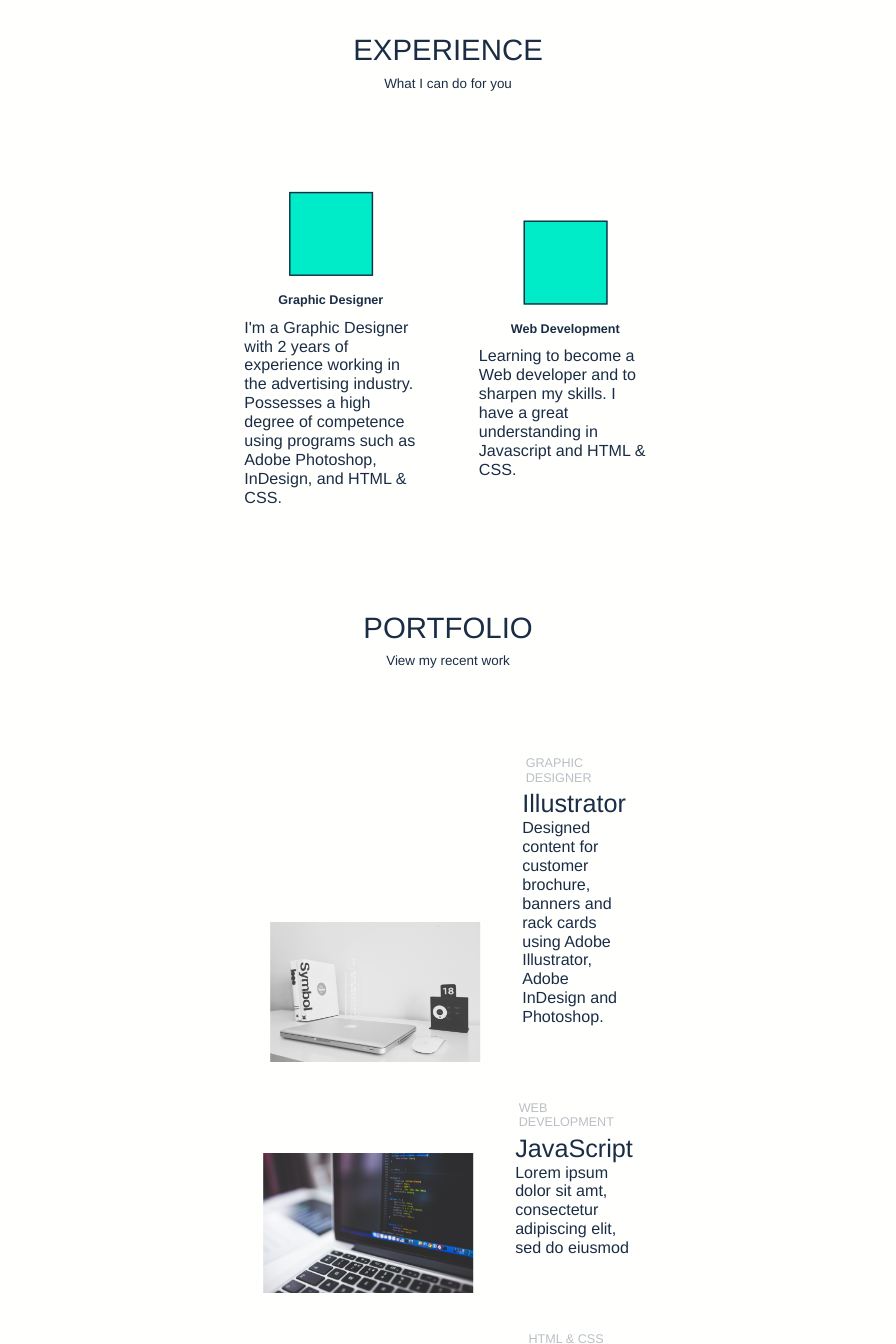
Repository: jb150524/JB-Portfolio
Page: index.html
These files come from the project's save history. The page is drawn as it stood at one moment and after the next save; the edit follows.
The browser window is 1280 px wide. The pictures show the part of the page from y = 1303 to 3223 px (the page is 4277 px tall before and 4178 px after), at 70% of full size.
Some icons come from a web library that is not loaded, so they are not drawn.

Above is the page before, as saved 2021-07-24 19:46:19.

### index.html
<!DOCTYPE html>
<!-- saved from url=(0053)file:///Users/jja/FullStack_HW/juanwebsite/index.html -->

    <html lang="en"><head><meta http-equiv="Content-Type" content="text/html; charset=UTF-8">

    <meta http-equiv="X-UA-Compatible" content="IE=edge">
    <meta name="viewport" content="width=device-width, initial-scale=1.0">

    <!-- CSS style sheet -->
    <link rel="stylesheet" href="style.css">



    <title>Juan's Portfolio</title>
    </head>

    <body>
    <header>
      <nav class="top-nav">
       <ul class="nav-list">
       <li>
       <a href="file:///Users/jja/FullStack_HW/juanwebsite/index.html">Home</a>
       <a href="file:///Users/jja/FullStack_HW/juanwebsite/index.html#about">About</a>
       <a href="file:///Users/jja/FullStack_HW/juanwebsite/index.html#portfolio">Portfolio</a>
       <a href="file:///Users/jja/FullStack_HW/juanwebsite/index.html#resume">Resume</a>
       <a href="file:///Users/jja/FullStack_HW/juanwebsite/index.html#contact">Contact</a>
       </li>
      </ul>
      </nav>

    <div class="main">
      <div class="landing-text">
        <h1>JuanByrne</h1>
        <h6>Graphic Designer and Web Developer</h6>
      </div>
    </div>
    </header>

    <section class="about" id="about">
      <div class="container">
        <a class="about-details">
        <div class="about-heading">
        <h1>About</h1>
        <h6>Myself</h6>
      </div>
        <p>
        I'm a Graphic Designer trying to become a full stack developer. I am from Guadalajara, Mexico. I was born in Mexico, but at a young age I moved to the USA. One of my favorite hobbies is playing competative soccer. Playing soccer has taught me perseverance, how to be a team player, and most importantly how to lose. I currently live in Wayne, Pennsylvania, but have previously lived in Guadalajara, Mexico and Orange County, California. I want to become a web developer because I want to learn a skill that motivates me and pushes me to try new things. I am excited about web developing and want a career that gives me a spark, like I get when I play soccer, with competitiveness, passion, and the belief that I can succeed.
        </p>
        </a>
        </div>
        </section>
        <a class="about-details">
          <section class="experience" id="experience">
            <div class="container">
                <div class="section-heading">
                <h1>Experience</h1>
                <h6>What I can do for you</h6>
            </div>
        <div class="my-skills">
          <div class="skills"="">
           <div class="icon-container">
            <i class="fas fa-code"></i>
          </div>
          <h1>Graphic Designer</h1>
            <p>
            I'm a Graphic Designer with 2 years of experience working in the advertising industry. Possesses a high degree of competence using programs such as Adobe Photoshop, InDesign, and HTML & CSS.
            </p>
        </div>

        <div class="skills">
          <div class="icon-container">
          <i class="fas fa.codse"></i>
          </div>
          <h1>Web Development</h1>
          <p>
          Learning to become a Web developer and to sharpen my skills. I have a great understanding in Javascript and HTML & CSS.
          </p>
        </div>
        </div>
        </div>
        </section>
        </a>
        <section class="portfolio" id="portfolio"><a class="about-details">
          </a>
          <div class="container"><a class="about-details">
          <div class="section-heading">
           <h1>Portfolio</h1>
           <h6>View my recent work</h6>
        </div>
          </a>
          <div class="portfolio-item"><a class="about-details">
          <div class="portfolio-img has-margin-right">
            <img src="images/desk.jpg" alt="">
          </div>
            </a><div class="portfolio-description"><a class="about-details">
              <h6>Graphic Designer</h6>
              <h1>Illustrator</h1>
              <p>
              Designed content for customer brochure, banners and rack cards using Adobe Illustrator, Adobe InDesign and Photoshop.
              </p>
            </a><a href="file:///Users/jja/FullStack_HW/juanwebsite/index.html#" class="cta"> View Details</a>
        </div>
        </div>
        <div>
        <div class="portfolio-item">
          <div class="portfolio-img has-margin-right">
            <img src="images/laptop.jpg" alt="">
            </div>
            <div class="portfolio-description">
            <h6>Web Development</h6>
            <h1>JavaScript</h1>
            <p>
            Lorem ipsum dolor sit amt, consectetur adipiscing elit, sed do eiusmod
            </p>
            <a href="file:///Users/jja/FullStack_HW/juanwebsite/index.html#" class="cta"> View Details</a>
            </div>
        </div>
        <div>
          <div class="portfolio-item">
            <div class="portfolio-img has-margin-right">
            <img src="images/notebook.jpg" alt="">
            </div>
            <div class="portfolio-description">
            <h6>HTML & CSS</h6>
            <h1>Website</h1>
            <p>
            Lorem ipsum dolor sit amt, consectetur adipiscing elit, sed do eiusmod
            </p>
            <a href="file:///Users/jja/FullStack_HW/juanwebsite/index.html#" class="cta"> View Details</a>
            </div>
            </div>
            </div>
          </div>
        </div>
        </section>

    <section class="resume" id="resume">
      <div class="container">
        <div class="section-heading">
        <h1>Resume</h1>
        <h6>brief details</h6>
      </div>

    <section class="contact" id="contact">
        <div class="container">
          <div class="section-heading">
          <h1>Contact Me</h1>
          <ul>
          <li>
          <h6>Let's work together</h6>
          <a href="file:///Users/jja/FullStack_HW/juanwebsite/www.linkedin.com/in/juan-byrne-43869ab7">LinkedIn</a>
          <a href="https://github.com/jb150524">Github</a>
          <a href="file:///Users/jja/FullStack_HW/juanwebsite/juan1505@gmail.com">Gmail</a>
          </li>
          </ul>
        </div>
       </div>
    </section>

    <footer class="copyright">
      <div class="up" id="up">
       <i class="fas fa-chevron-up"></i>
      </div>
      <p>© 2021 Juan Byrne</p>
    </footer>
  </div>
  </section>

   <!-- adding icons -->
   <script src="https://fontawesome.com/v5.15/icons/code?style=solid" crossorigin="anonymous"></script>

</body>
</html

### style.css
/* Start global*/

* {
    margin: 0;
    padding: 0;
    box-sizing: border-box;
}

html {
    font-size: 12px;
    font-family: Helvetica, sans-serif;
    /* color: rgb(255, 255, 255); */
}

body {
    width: 100%;
    height: 100%;
    background-color: #fffffe;
    background-size: cover;
}

section {
    padding: 60px 0;
}

h6 {
    color: #1b2d45;
    margin: 5px;
}

a {
    text-decoration: none;
    color: #1b2d45;
}

p {
   font-size: 23px;
   font-weight: 300;
   color: #1b2d45;
}



img {
    max-width: 100%;
    height: auto;
}

.main {
    padding: 16px;
    margin-top: 30px;
    height: 1500px; /* Used in this example to enable scrolling */
  }

/* Start reusable*/

.container {
    width: 50%;
    max-width: 120rem;
    height: 100%;
    margin: 0 auto;
    position: relative;
}

.container-details p {
    font-size: 200px;
    padding: 35px;
}

.section-heading {
    text-align: center;
    margin-bottom: 10rem;
}

.section-heading h1 {
    font-family: major mono display, Helvetica, sans-serif;
    font-size: 3.5rem;
    color: #1b2d45;
    text-transform: uppercase;
    font-weight: 300;
    position: relative;
    margin-bottom: 1rem;
}

.section-heading h1::before,
.section-heading h1::after {
    content: "";
    position: absolute;
    bottom: -.5rem;
    left: 50%;
    transform: translateX(-59%);
    background: color #fff8e8;
}

.section-heading h1::before {
    width: 10rem;
    height: 3px;
    border-radius: .8rem;
}

.section-heading h1::after {
    height: 1.5rem;
    border-radius: .100%;
    bottom: 1rem;
}

.section-heading h6 {
    font-size: 1.6rem;
    font-weight: 300;
    margin-bottom: 50px;
}

.has-margin-right {
    margin-right: 5rem;
}
/* End reusable*/

/* Start header*/
header {
    width: 100%;
    height: 100vh;
}

.nav-list {
    z-index: 2;
    top: 0;
    background:#00ebc7;
    overflow: hidden;
    font-size: 35px;
    font-family: major mono display;
    margin: 0;
    padding: 20px;
    position: fixed;
    list-style: none;
    width: 100%;
    display: flex;
    justify-content: center;
    align-items: flex-start;
    text-decoration: none;
}

li {
    margin: 0;
    list-style: none;
}

.nav-link {
    font-family: Arial, Helvetica, sans-serif;
    font-size: 15px;
    padding: 5px;
}

.nav-link:hover,
.nav-ink:focus {
    background: linear-gradient(to top, #5725b3, #9e91e9 );
    -webkit-background-clip: text;
    -webkit-text-fill-color: transparent;

}

.landing-text{
    position: absolute;
    top: 50%;
    left: 50%;
    transform: translate(-50%, -50%);
    width: 100%;
    text-align: center;
    z-index: 1;
}

.landing-text h1 {
    font-size: 150px;
    font-family: major mono display, Helvetica, sans-serif, Helvetica, sans-serif;
    background: linear-gradient(to top, #110202, #000000 );
    -webkit-background-clip: text;
    -webkit-text-fill-color: transparent;
    padding: 1rem;
    user-select: none;

}

.landing-text h6 {
    font-size: 2rem;
    font-weight: 300;
}
/* End header*/

.about .container {
    display: flex;
    align-items: center;
    justify-content: center;
}

.about-heading {
    text-align: center;
    text-transform: uppercase;
    line-height: 10px;
    margin-bottom: 6rem;
}

.about-heading h1 {
    font-size: 10rem;
    opacity: .3;
    font-family: major mono display;
}

.about-heading h6 {
    font-size: 2rem;
    font-weight: 300;
}

.about-container p {
   font-size: 50px;
}

.profile-img {
    max-width: 100%;
    display: inline-block;
}

/* Start services*/

.my-skills {
    margin-top: 10rem;
    display: grid;
    grid-template-columns: repeat(auto-fit, minmax(25rem, 1fr));
    grid-gap: 2.5rem;
    text-align: center;
}

.skills {
    display: flex;
    flex-direction: column;
    justify-content: center;
    align-items: center;
    padding: 2rem;
}

.skills p {
    padding: 15px 5px 5px 5px;
    text-align: left;
}

.skill h1 {
    text-transform: uppercase;
    letter-spacing: 2px;
    margin: 2rem -2px 2rem 0;
}

.icon-container {
    width: 10rem;
    height: 10rem;
    border: 2px solid #1b2d45;
    background-color: #00ebc7;
    margin-bottom: 2rem;
    display: inline-block;
}

.icon-container i {
    color:#1b2d45;
    font-size: 5rem;
    margin: auto;
}
/* End services*/

/* Start portfolio*/

.portfolio-item {
    display: flex;
    align-items: end;
    justify-content: center;
    flex-direction: row;
    flex-wrap: wrap;
    align-content: stretch;
    margin-bottom: 50px;

}
.portfolio-img {
    width: 300px;
    height: 200px;
    background-size: 100%;
}

.portfolio-item:last-child {
    margin: 0;
}

.portfolio-description {
    flex: .5;
    color: #1b2d45;

}

.portfolio-description h1 {
    font-size: 3rem;
    font-weight: 300;
    margin: 1px 0;
    display: contents;
}

.portfolio-description h6 {
    font-size: 1.5rem;
    text-transform: uppercase;
    font-weight: 300;
    opacity: 0.3;
}

.portfolio-description .cta {
    display: inline-block;
    margin-top: 2.5rem;
    font-size: 1.5rem;
    text-transform: uppercase;
    color: #fffffe;
    transition: color 650ms;
}

.portfolio-description .cta:hover {
    color: #2f67cd;
}
/* End portfolio*/


/*Star contact*/

.contact {
    background-color:#00ebc7;
}

.contact a {
    font-weight: bold;
    margin: 10px;
    margin-top: 20px;
    padding: 15px 0;
    text-align: center;
    font-size: 25px;
}

/*End contact*/

/*Star footer*/

.copyright {
    width: 100%;
    text-align: center;
    background-color:#ff5470;
    padding: 2rem 0;
    position: absolute;
    display: block;
}

/* .up {
    position: absolute;
    width: 5rem;
    height: 5rem;
    background-color: burlywood;
    top: -2.5rem;
    right: 5rem;
    border-radius: 100%;
    display: flex;
    animation: pulse 2s infinite;
    cursor: pointer;
}

.up i {
    color: navy;
    font-size: 2rem;
    margin: auto;
} */

.copyright p {
    font-size: 1.4rem;
}
/*End footer*/

/*Start Button animation*/

@keyframes pulse {
    0%{
        box-shadow: 0 0 0 0 rgba(253, 87, 191, 0.99);
    }
    70%{
        box-shadow: 0 0 0 2rem rgba(253, 87, 191, 0);
    }
    100%{
        box-shadow: 0 0 0 0 rgba(253, 87, 191, 0);
    }
}
/*End Button animation*/

/*Start media queries*/

@media screen and (max-width: 768px) {
    body {
        background-color: #fffffe;
        background-size: cover;
    }

    .landing-text h1 {
        font-size: 70px;
    }

    .landing-text h6 {
        font-size: 1.7rem;
    }

    .nav-list {
        font-size: 15px;
    }

    li {
        margin: 2rem 0;
    }

    .nav-ink {
        font-size: 4.5rem;
    }

    .about-heading {
        font-size: 15px;
    }

    .section-heading h1 {
        font-size: 3rem;
    }

    .about-details .nav-list {
        flex-direction: initial;
    }

    .about-details li {
        font-size: 10px;
        margin: 0 2rem;
    }

@media screen and (max-width: 600px) {

    .landing-text h1 {
        font-size: 8rem;
    }

    .landing-text h6 {
        font-size: 1.4rem;
    }

    .nav-link {
        font-size: 3.5rem;
    }

    .profile-img {
        margin-top: 0 0 7rem 0;
    }

    .portfolio-item {
        flex-direction: column;
    }

    .portfolio-img {
        margin: 0 0 2rem 0;
        order: 1;
    }

    .portfolio-description {
        margin: 0;
        order: 2;
    }

    form {
        width: 100%;
    }

    .up {
        right: 2rem;
    }
}
/*End media queries*/

After the next save:
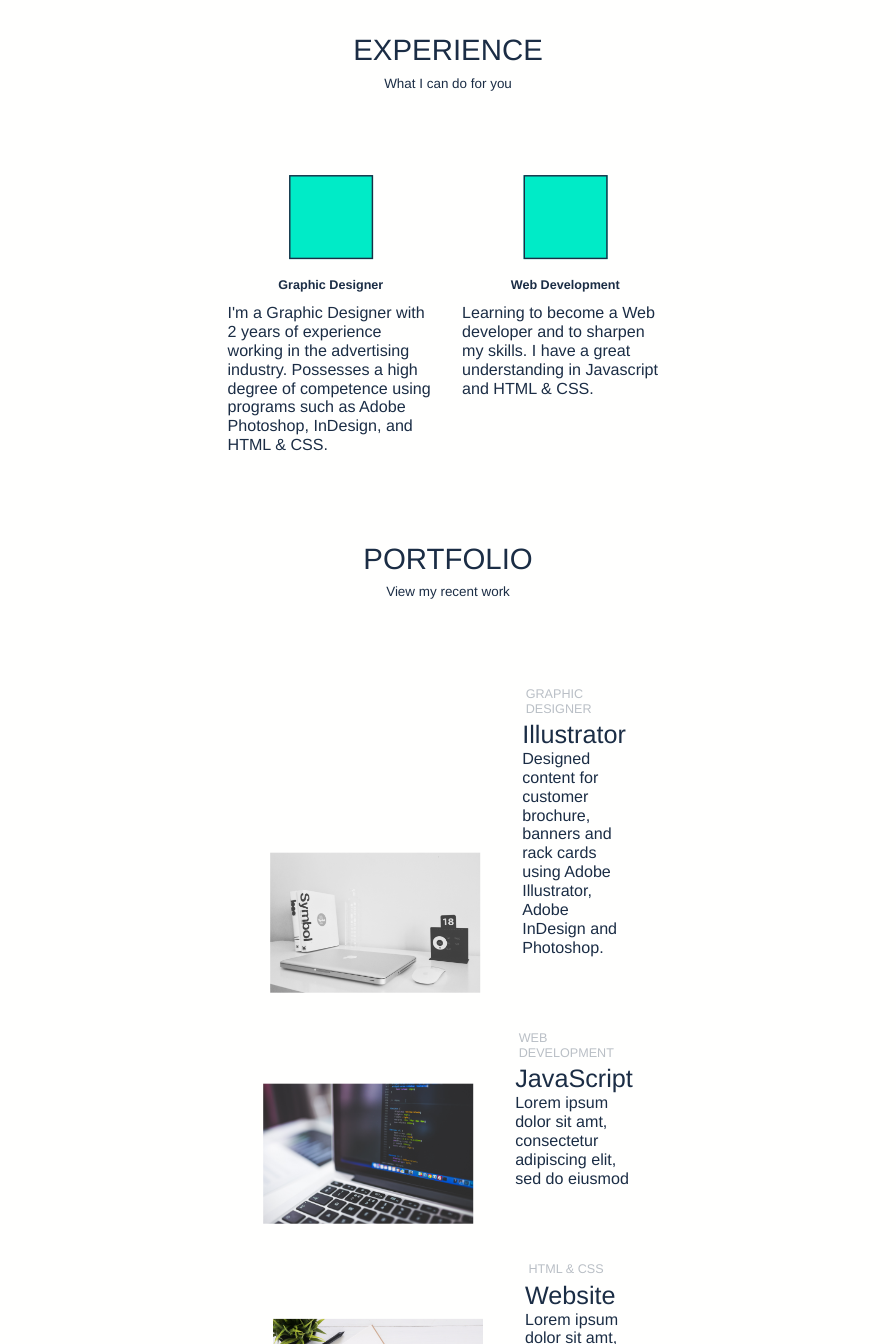
Saved 44 s later.
--- a/style.css
+++ b/style.css
@@ -228,7 +228,7 @@ li {
     text-align: center;
 }
 
-.skills {
+.skill {
     display: flex;
     flex-direction: column;
     justify-content: center;
